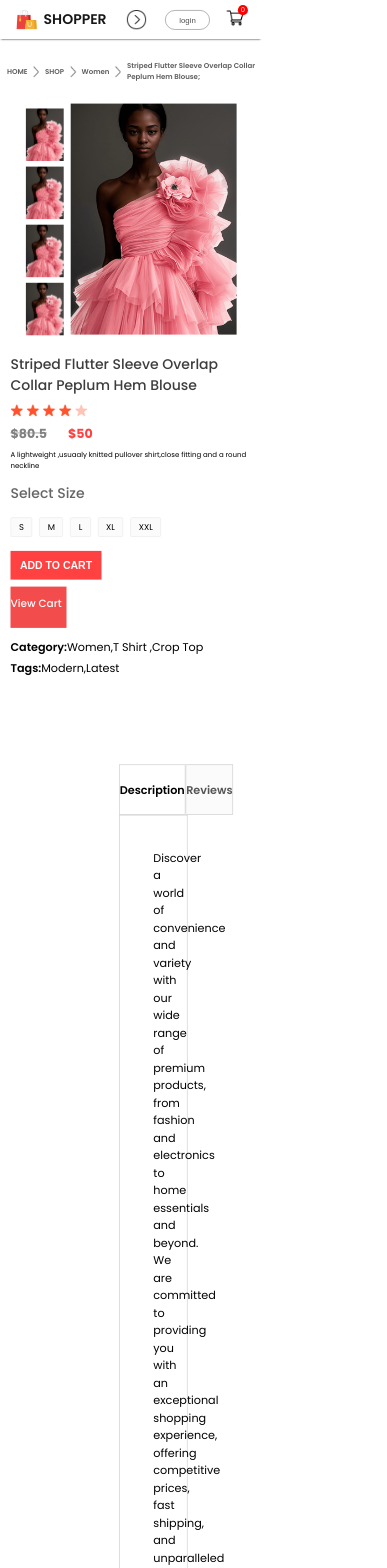
Repository: PayalJakhar/Shoppers-E-commerce-Website
Page: /product/1 (app in frontend/)
The author's editor kept a copy of each file at every save. The page is drawn from the files as they stood at one save, then again after a run of saves.
The browser window is 375 px wide. The page is 553 px wide, so the pictures cover 553 px, including what lies to the right of the window. The pictures show the part of the page from y = 0 to 2240 px (the page is 4474 px tall), at 70% of full size.
The project was rebuilt for these pictures with package versions that can differ from the ones it lists, and the page was loaded fresh each time. Also part of the build but not shown: frontend/src/App.css, frontend/src/Components/Hero/Hero.css, frontend/src/Components/Hero/Hero.jsx, frontend/src/Components/Popular/Popular.css, frontend/src/Components/Popular/Popular.jsx, frontend/src/Components/Offers/Offers.css, frontend/src/Components/Offers/Offers.jsx, frontend/src/Components/NewCollections/NewCollections.css and 12 more.

Above is the page before, as saved 2025-01-17 19:09:26.

### frontend/src/index.css
*{
  margin:0;
}
body {
  margin: 0;
  font-family: -apple-system, BlinkMacSystemFont, 'Segoe UI', 'Roboto', 'Oxygen',
    'Ubuntu', 'Cantarell', 'Fira Sans', 'Droid Sans', 'Helvetica Neue',
    sans-serif;
  -webkit-font-smoothing: antialiased;
  -moz-osx-font-smoothing: grayscale;
  font-family:'poppins';
}

code {
  font-family: source-code-pro, Menlo, Monaco, Consolas, 'Courier New',
    monospace;
}

### frontend/src/Context/ShopContext.jsx
import React, { createContext, useState } from "react";
import all_product from '../Components/Assets/Frontend_Assets/all_product';

export const ShopContext = createContext(null);

const getDefaultCart = () => {
    let cart = {};
    for (let index = 0; index < all_product.length; index++) {
        cart[index] = 0;
    }
    return cart;
}

const ShopContextProvider = (props) => {
    const [cartItems, setCartItems] = useState(getDefaultCart());

    const addToCart = (itemId) => {
        setCartItems((prev) => ({ ...prev, [itemId]: prev[itemId] + 1 }));
        console.log(cartItems);
    }

    const removeFromCart = (itemId) => {
        setCartItems((prev) => ({ ...prev, [itemId]: prev[itemId] - 1 }));
    }

    const getTotalCartAmount = () => {
        let totalAmount = 0;
        for (const item in cartItems) {
            if (cartItems[item] > 0) {
                let itemInfo = all_product.find((product) => product.id === Number(item));
                totalAmount += itemInfo.new_price * cartItems[item];
            }
        }
        return totalAmount;
    }

    const getTotalCartItems = () => {
        let totalItem = 0;
        for (const item in cartItems) {
            if (cartItems[item] > 0) {
                totalItem += cartItems[item];
            }
        }
        return totalItem;
    }

    const contextValue = { getTotalCartItems, getTotalCartAmount, all_product, cartItems, addToCart, removeFromCart };

    return (
        <ShopContext.Provider value={contextValue}>
            {props.children}
        </ShopContext.Provider>
    )
}

export default ShopContextProvider;

### frontend/src/Components/Navbar/Navbar.jsx
import React, { useContext, useState, useRef } from 'react';
import { Link } from 'react-router-dom';
import './Navbar.css';
import logo from '../Assets/Frontend_Assets/logo.png';
import cart_icon from '../Assets/Frontend_Assets/cart_icon.png';
import { ShopContext } from '../../Context/ShopContext';
import nav_dropdown from '../Assets/Frontend_Assets/nav_dropdown.png'

export default function Navbar() {
    const [menu, setMenu] = useState('shop');
    const {getTotalCartItems} = useContext(ShopContext);
    const menuRef = useRef();

    const dropdown_toggle = (e) =>{
        menuRef.current.classList.toggle('nav-menu-visible');
        e.target.classList.toggle('open');
    }


    return (
        <div className="navbar">
            <div className="nav-logo">
                <img src={logo} alt="" />
                <p> SHOPPER</p>
            </div>
            <img  className='nav-dropdown' onClick={dropdown_toggle} src={nav_dropdown} alt=""/>
            <ul ref={menuRef} className="nav-menu">
                <li onClick={() => { setMenu('shop') }}><Link style={{textDecoration:'none'}} to='/'>Shop</Link>{menu === 'shop' ? <hr /> : <></>}</li>
                <li onClick={() => { setMenu('mens') }}><Link style={{textDecoration:'none'}} to='/mens'>Men</Link>{menu === 'mens' ? <hr /> : <></>}</li>
                <li onClick={() => { setMenu('women') }}><Link style={{textDecoration:'none'}} to='/women'>Women</Link>{menu === 'women' ? <hr /> : <></>}</li>
                <li onClick={() => { setMenu('kids') }}><Link style={{textDecoration:'none'}} to='/kids'>Kids</Link>{menu === 'kids' ? <hr /> : <></>}</li>
            </ul>
            <div className="nav-login-cart">
                <Link style={{textDecoration:'none'}} to='/login'><button>login</button></Link>
                <Link style={{textDecoration:'none'}} to='/cart'><img src={cart_icon} alt="" /></Link>
                <div className="nav-cart-count">{getTotalCartItems()}</div>
            </div>
        </div>
    )
}

### frontend/src/Pages/Product.jsx
import React,{useContext} from 'react'
import {ShopContext} from '../Context/ShopContext'
import {useParams} from 'react-router-dom'
import Breadcrum from '../Components/Breadcrums/Breadcrum';
import ProductDisplay from '../Components/ProductDisplay/ProductDisplay';
import DescriptionBox from '../Components/DescriptionBox/DescriptionBox';
import RelatedProducts from '../Components/RelatedProducts/RelatedProducts';

export default function Product() {
  const {all_product} = useContext(ShopContext);
  const {productID} = useParams(); // we have to give the name the same name as the parameter as been given
  // using the productID we will look for the product in the all_product;

  const product = all_product.find((e)=>e.id===Number(productID));// the const product will be equal to an object as all_product is an array of objects
  // as productID should be in number format as e.id is in number format
  return (
    <div>
        <Breadcrum product={product}/>
        <ProductDisplay product={product}/>
        <DescriptionBox/>
        <RelatedProducts/>
    </div>
  )
}

### frontend/src/Components/Footer/Footer.jsx
import React from 'react'
import './Footer.css'
import footer_logo from '../Assets/Frontend_Assets/logo_big.png'
import instagram_icon from '../Assets/Frontend_Assets/instagram_icon.png'
import pintester_icon from '../Assets/Frontend_Assets/pintester_icon.png'
import whatsapp_icon from '../Assets/Frontend_Assets/whatsapp_icon.png'
export default function Footer() {
  return (
    <div className='footer'>
        <div className="footer-logo">
            <img src={footer_logo} alt=""/>
            <p>SHOPPER</p>
        </div>
        <ul className="footer-links">
            <li>Company</li>
            <li>Products</li>
            <li>Offices</li>
            <li>About</li>
            <li>Contact</li>
        </ul>
        <div className="footer-social-icon">
            <div className="footer-icons-container">
                <img src={instagram_icon} alt=""/>
            </div>
            <div className="footer-icons-container">
                <img src={pintester_icon} alt=""/>
            </div>
            <div className="footer-icons-container">
                <img src={whatsapp_icon} alt=""/>
            </div>
        </div>
        <div className="footer-copyright">
            <hr/>
            <p>Copyright @ 2025 - All Rights Reserved</p>
        </div>
    </div>
  )
}

### frontend/src/Components/Item/Item.jsx
import React from 'react'
import { Link } from 'react-router-dom';
import './Item.css'
export default function Item(props) {
  return (
    <div className='item'>
        <Link to={`/product/${props.id}`}><img onClick={window.scrollTo(0,0)} src={props.image} alt="" /></Link>
        {/* on click to img just scroll the window on to top */}
        <p>{props.name}</p>
        <div className="item-prices">
            <div className="item-price-new">
                ${props.new_price}
            </div>
            <div className="item-price-old">
                ${props.old_price}
            </div>
        </div>
    </div>
  )
}

### frontend/src/Components/Breadcrums/Breadcrum.jsx
import React from 'react'
import './Breadcrum.css'
import arrow_icon from '../Assets/Frontend_Assets/breadcrum_arrow.png'

const Breadcrum = (props) => {
    const {product} = props;
    return (
        <div className='breadcrum'>
            HOME <img src={arrow_icon} alt=""/> SHOP <img src={arrow_icon} alt=""/> {product.category} <img src={arrow_icon} alt=""/> {product.name};
        </div>
    )
}

export default Breadcrum

### frontend/src/Components/ProductDisplay/ProductDisplay.jsx
import React, { useContext } from 'react'
import './ProductDisplay.css'
import star_icon from "../Assets/Frontend_Assets/star_icon.png"
import star_dull_icon from "../Assets/Frontend_Assets/star_dull_icon.png"
import { ShopContext } from '../../Context/ShopContext'
import {Link} from 'react-router-dom'
const ProductDisplay = (props) => {
    const {product}=props;
    const {addToCart}=useContext(ShopContext);
  return (
    <div className='productdisplay'>
        <div className="productdisplay-left">
             <div className="productdisplay-img-list">
                <img src={product.image} alt="" />
                <img src={product.image} alt="" />
                <img src={product.image} alt="" />
                <img src={product.image} alt="" />
             </div>

            <div className="productdisplay-img">
                <img className='productdisplay-main-img' src={product.image} alt="" />
            </div>
        </div>
        <div className="productdisplay-right">
            <h1>{product.name}</h1>
            <div className="productdisplay-right-star">
                <img src={star_icon} alt="" />
                <img src={star_icon} alt="" />
                <img src={star_icon} alt="" />
                <img src={star_icon} alt="" />
                <img src={star_dull_icon} alt="" />
            </div>
            <div className="productdisplay-right-prices">
                <div className="productdisplay-right-price-old">${product.old_price}</div>
                <div className="productdisplay-right-price-new">${product.new_price}</div>

            </div>
            <div className="productdisplay-right-description">
                A lightweight ,usuaaly knitted pullover shirt,close fitting and a round neckline
            </div>
            <div className="productdisplay-right-size">
                <h1>Select Size</h1>
                <div className="productdisplay-right-sizes">
                    <div>S</div>
                    <div>M</div>
                    <div>L</div>
                    <div>XL</div>
                    <div>XXL</div>
                </div>
            </div>
            <button onClick={()=>{addToCart(product.id)}}> ADD TO CART</button>
            <Link to="/Cart" className="view-cart-link">View Cart</Link>
            <p className="productdisplay-right-category"><span>Category:</span>Women,T Shirt ,Crop Top</p>
            <p className="productdisplay-right-category"><span>Tags:</span>Modern,Latest</p>
        </div>

    </div>
  )
}

export default ProductDisplay

### frontend/src/Components/DescriptionBox/DescriptionBox.jsx
import React from 'react'
import './DescriptionBox.css'

const DescriptionBox = () => {
  return (
    <div className='descriptionbox'>
      <div className="descriptionbox-navigator">
        <div className="descriptionbox-nav-box">Description</div>
        <div className="descriptionbox-nav-box fade">Reviews</div>
      </div>
      <div className="descriptionbox-description">
        <p>
        Discover a world of convenience and variety with our wide range of premium products, from fashion and electronics to home essentials and beyond. We are committed to providing you with an exceptional shopping experience, offering competitive prices, fast shipping, and unparalleled customer support. Whether you're looking for the latest trends or timeless classics, Shopper is here to help you find exactly what you need.
        </p>
        <p>
         Shop with confidence and enjoy the ease of shopping from the comfort of your home!
        </p>
      </div>
    </div>
  )
}

export default DescriptionBox

### frontend/src/Components/RelatedProducts/RelatedProducts.jsx
import React from 'react'
import './RelatedProducts.css'
import data_product from '../Assets/Frontend_Assets/data'
import Item from '../Item/Item'
const RelatedProducts = () => {
  return (
    <div className='relatedproducts'>
        <h1>Related Products</h1>
        <hr/>
        <div className="relatedproducts-item">
            {data_product.map((item,i)=>{
                return <Item key={i} id={item.id} name={item.name} image={item.image} new_price={item.new_price} old_price={item.old_price}/>
            })}
        </div>
    </div>
  )
}

export default RelatedProducts

### frontend/src/Components/Footer/Footer.css
.footer{
    display: flex;
    flex-direction: column;
    justify-content: center;
    align-items: center;
    gap: 50px;
}

.footer-logo{
    display: flex;
    align-items: center;
    gap: 20px;
}

.footer-logo p{
    color: #383838;
    font-size: 46px;
    font-weight: 700;

}

.footer-links{
    display: flex;
    list-style: none;
    gap: 50px;
    color: #252525;
    font-size: 20px;
}

.footer-links li{
    cursor: pointer;
}

.footer-social-icon{
    display: flex;
    gap: 20px;
}

.footer-icons-container{
    padding: 10px;
    padding-bottom:6px;
    background: #fbfbfb;
    border: 1px solid #ebebeb;
}

.footer-copyright{
    display: flex;
    flex-direction: column;
    align-items: center;
    gap: 30px;
    width: 100%;
    margin-bottom: 30px;
    color: #1a1a1a;
    font-size: 20px;
}

.footer-copyright r{
    width: 80%;
    border: none;
    border-radius: 10px;
    height: 3px;
    background: #c7c7c7;
}

@media(max-width: 800px){
    .footer{
        gap: 20px;
    }
    .footer-lgo{
        gap: 10px;
        align-items: end;
    }
    .footer-logo img{
        width: 40px;
    }
    .footer-logo p{
        font-size: 25px;
    }
    .footer-links{
        font-size: 14px;
        gap: 10px;
    }
    .footer-social-icon img{
        width: 22px;
    }
    .footer-copyright{
        font-size: 13px;
    }
}

### frontend/src/Components/Item/Item.css
.item{
    width:280px;
}
.item img{
    width: 280px;
}
.item p{
    margin: 6px 0px;
}

.item-prices{
    display:flex;
    gap:20px;
}
.item-price-new{
    color: #374151;
    font-size: 18px;
    font-weight: 600;
}
.item-price-old{
    color: #8c8c8c;
    font-size: 18px;
    font-weight: 500;
    text-decoration: line-through;
}

.item:hover{
    transform: scale(1.05);
    transition: 0.6s;
}

@media(max-width: 1280px){
    .item{
        width: 220px;
        font-size: 14px;
    }
    .item img{
        width: 220px;
    }

    .item-price-old{
        font-size: 14px;
    }
}

@media(max-width: 1024px){
    .item{
        width: 170px;
        font-size: 13px;
    }
    .item img{
        width: 170px;
    }

    .item-price-old{
        font-size: 13px;
    }
}


@media(max-width: 800px){
    .item{
        width: 120px;
        font-size: 12px;
    }
    .item img{
        width: 120px;
    }

    .item-price-old{
        font-size: 12px;
    }
}


@media(max-width: 1280px){
    .item{
        width: 160px;
    }
    .item img{
        width: 160px;
    }

}

### frontend/src/Components/Breadcrums/Breadcrum.css
.breadcrum{
    display: flex;
    align-items: center;
    gap: 8px;
    color: #5e5e5e;
    font-size: 16px;
    font-weight: 600;
    margin: 60px 170px;
    text-transform: capitalize;
}

@media(max-width: 1280px){
    .breadcrum{
        margin: 30px 50px;
        font-size: 14px;
    }
}

@media(max-width: 1024px){
    .breadcrum{
        margin: 30px 30px;
        font-size: 13px;
    }
}


@media(max-width: 800px){
    .breadcrum{
        margin: 30px 10px;
        font-size: 12px;
    }
}


@media(max-width: 500px){
    .breadcrum{
        /* margin: 30px 50px; */
        font-size: 10px;
    }
}

### frontend/src/Components/ProductDisplay/ProductDisplay.css
.productdisplay{
    display: flex;
    margin: 0px 170px;
}
.productdisplay-left{
    display: flex;
    gap:17px;
}
.productdisplay-img-list{
    display: flex;
    flex-direction: column;
    gap:16px;
}
.productdisplay-img-list img{
    height: 163px;
}
.productdisplay-main-img{
    width:586px;
    height:700px;
}
.productdisplay-right{
    margin: 0px 70px;
    display: flex;
    flex-direction: column;
}
.productdisplay-right h1{
    color: #3d3d3d;
    font-size: 40px;
    font-weight: 700;
}
.productdisplay-right-star{
    display: flex;
    align-items: center;
    margin-top: 13px;
    gap:5px ;
    color: #1c1c1c;
    font-size: 16px;

}
.productdisplay-right-prices{
    display: flex;
    margin:40px 0px;
    gap:30px;
    font-size: 24px;
    font-weight: 700;
}
.productdisplay-right-price-old{
    color: #818181;
    text-decoration: line-through;
}
.productdisplay-right-price-new{
    color: #ff4141;
}
.productdisplay-right-size h1{
    margin-top: 55px;
    color: #656565;
    font-size:20px;
    font-weight: 600;
}
.productdisplay-right-sizes{
    display: flex;
    margin:30px 0px;
    gap:20px;
}
.productdisplay-right-sizes div{
    padding: 18px 24px;
    background: #fbfbfb;
    border: 1px solid #ebebeb;
    border-radius: 2px;
    cursor: pointer;

}
.productdisplay-right button{
    padding: 20px 40px;
    width:200px;
    font-size: 16px;
    font-weight: 600;
    color: white;
    background: #ff4141;
    margin-bottom: 40px;
    border: none;
    outline: none;
    cursor: pointer;
}
.productdisplay-right-category{
    margin-top:10px;
}
.productdisplay-right-category span{
    font-weight:600 ;
}

.view-cart-link{
    display: block;
    text-decoration: none;
    /* border: 1px solid black; */
    width: 137px;
    justify-content: center;
    padding-left: 60px;
    color: rgb(255, 255, 255);
    background-color:#f34c4c;
    outline: none;
    height: 35px;
    align-items: center;
    padding-top: 13px;
    padding-bottom: 8px;
    font-size: 18px;
    font-weight: 500;
    margin-bottom: 30px;
}

@media(max-width: 1280px){
    .productdisplay{
        margin: 0px 60px;
    }
    .productdisplay-left{
        gap: 10px;
    }

    .productdisplay-img-list{
        gap: 10px;
    }
    .productdisplay-img-list img{
        height: 120px;
    }

    .productdisplay-main-img{
        width: auto;
        height: 510px;
    }
    .productdisplay-right{
        margin: 0px 30px;
    }

    .productdisplay-right h1{
        font-size: 22px;
    }

    .productdisplay-right-stars{
        gap: 3px;
        font-size: 13px;
    }

    .productdisplay-right-prices{

        margin: 10px 0px;
        font-size: 18px;
    }

    .productdisplay-right-description{
        font-size: 13px;
    }

    .productdisplay-right-size h1{
        margin-top: 20px;
        font-size: 20px;
    }

    .productdisplay-right-sizes div{
        padding: 14px 20px;
    }

    .productdisplay-right button{
        width: 150px;
        padding: 15px 0px;
        margin-bottom: 20px;
    }
    .view-cart-link{
        width: 120px;
        padding: 8px 0px;
        margin-bottom: 20px;
        padding-left: 30px;
    }
    .productdisplay-right-category{
        margin-top: 5px;
        font-size: 14px;
    }
}


@media(max-width: 1024px){
    .productdisplay{
        margin: 0px 30px;
    }
    .productdisplay-left{
        gap: 5px;
    }

    /* .productdisplay-img-list{
        gap: 10px;
    } */
    .productdisplay-img-list img{
        height: 80px;
    }

    .productdisplay-main-img{
        /* width: auto; */
        height: 350px;
    }
    /* .productdisplay-right{
        margin: 0px 30px;
    } */

    .productdisplay-right h1{
        font-size: 18px;
    }

    .productdisplay-right-stars img{
        /* gap: 3px; */
        /* font-size: 13px; */
        width: 15px;
    }

    /* .productdisplay-right-prices{

        margin: 10px 0px;
        font-size: 18px;
    } */

    .productdisplay-right-description{
        font-size: 12px;
    }

    .productdisplay-right-sizes{
        margin-top: 10px 0px;
        /* font-size: 20px; */
    }

    .productdisplay-right-sizes div{
        padding: 10px 16px;
        font-size: 12px;
    }

    .productdisplay-right button{
        width: 120px;
        padding: 10px 0px;
        margin-bottom: 10px;
        font-size: 14px;
    }

    .view-cart-link{
        width: 100px;
        padding: 4px 0px;
        margin-bottom: 10px;
        font-size: 17px;
        padding-left: 20px;
        padding-top:7px;
    }

    .productdisplay-right-category{
        /* margin-top: 5px; */
        font-size: 12px;
    }
}




@media(max-width: 800px){
    .productdisplay{
        margin: 0px 10px;
    }
    .productdisplay-left{
        gap: 0px;
        flex-direction: column-reverse;
        align-items: center;
    }

    .productdisplay-img-list{
        flex-direction: row;
        gap: 6px;
    }
    .productdisplay-img-list img{
        height: 70px;
    }

    .productdisplay-main-img{
        /* width: auto; */
        height: 300px;
    }
    /* .productdisplay-right{
        margin: 0px 30px;
    } */

    .productdisplay-right h1{
        font-size: 14px;
    }

    .productdisplay-right-stars img{
        /* gap: 3px; */
        /* font-size: 13px; */
        width: 13px;
    }

    /* .productdisplay-right-prices{

        margin: 10px 0px;
        font-size: 18px;
    } */

    .productdisplay-right-description{
        font-size: 10px;
    }
    .productdisplay-right-size h1{
        margin-top: 10px 0px;
        /* font-size: 20px; */
    }
    .productdisplay-right-sizes{
        margin-top: 10px ;
        gap: 5px;
        /* font-size: 20px; */
    }

    .productdisplay-right-sizes div{
        padding: 4px 11px;
        /* font-size: 12px; */
    }

    .productdisplay-right button{
        width: 100px;
        /* padding: 10px 0px; */
        /* margin-bottom: 10px; */
        font-size: 12px;
    }

    .view-cart-link{
        width: 88px;
        padding: 0px 0px;
        /* margin-bottom: 10px; */
        font-size: 14px;
        padding-left: 15px;
        padding-top: 6px;
    }

    .productdisplay-right-category{
        /* margin-top: 5px; */
        font-size: 10px;
    }
}


@media(max-width:500px){

    .productdisplay{
        flex-direction: column;
    }

    .productdisplay-left{
        gap: 10px;
        flex-direction: row;
        margin: auto;
    }

    .productdisplay-img-list{
        flex-direction: column;
        gap: 8px;
    }

    .productdisplay-img-list img{
        height: 75px;
    }

    .productdisplay-main-img{
        height: 330px;
    }

    .productdisplay-right{ margin: 5px;
    }

    .productdisplay-right h1{
        margin-top: 15px;
        font-size: 20px;
        font-weight: 500;
    }

    .productdisplay-right-stars img{ width: 15px;
    }

    .productdisplay-right-sizes{ gap: 10px;
        margin: 20px 0px;
    }

    I .productdisplay-right-sizes div{
        padding: 10px 16px;
        font-size: 14px;
    }

    .productdisplay-right button{
        width: 130px;
        font-size: 15px;
        padding: 12px 0px;
    }

        .productdisplay-right-category{
            font-size: 16px;
        }

        .view-cart-link{
            width: 80px;
            font-size: 15px;
            padding: 12px 0px;
        }
}

### frontend/src/Components/DescriptionBox/DescriptionBox.css
.descriptionbox{
    margin: 120px 170px;
}
.descriptionbox-navigator{
    display: flex;
}

.descriptionbox-nav-box{
    display:flex;
    align-items: center;
    justify-content: center;
    font-size: 16px;
    font-weight: 600;
    width: 171px;
    height: 70px;
    border: 1px solid #d0d0d0;
}

.descriptionbox-nav-box.fade{
    background: #FBFBFB;
    color: #555;
}

.descriptionbox-description{
    display: flex;
    flex-direction: column;
    gap: 25px;
    border: 1px solid #D0D0D0;
    padding: 48px;
    padding-bottom: 70px;
}

### frontend/src/Components/RelatedProducts/RelatedProducts.css
.relatedproducts{
    display: flex;
    flex-direction: column;
    align-items: center;
    gap: 10px;
    height: 90vh;
    margin-bottom: 100px;
}

.relatedproducts{
    color: #171717;
    font-size: 20px;
    font-weight: 600;
}

.relatedproducts hr{
    width: 200px;
    height: 6px;
    border-radius:10px;
    background: #252525;
}

.relatedproducts-item{
    margin-top: 50px;
    display: flex;
    gap: 30px;
}

Loaded but not shown: frontend/public/index.html (common file); frontend/src/reportWebVitals.js (common file); frontend/src/Components/Assets/Frontend_Assets/all_product.js (329 lines, source omitted); frontend/src/App.js (33 lines, source omitted); frontend/src/Components/Assets/Frontend_Assets/data.js (34 lines, source omitted); frontend/src/index.js (20 lines, source omitted); frontend/src/Components/Navbar/Navbar.css (194 lines, source omitted)

After the next 2 saves:
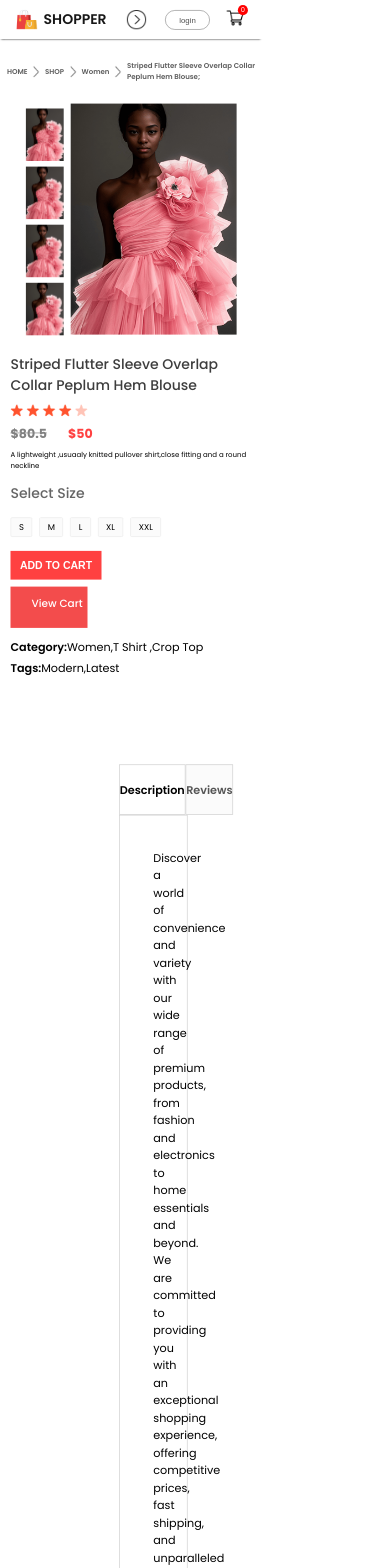
The 2 saves are shown as one change because they came seconds apart.
The last was saved 11 s later.
--- a/frontend/src/Components/ProductDisplay/ProductDisplay.css
+++ b/frontend/src/Components/ProductDisplay/ProductDisplay.css
@@ -398,5 +398,6 @@
             width: 80px;
             font-size: 15px;
             padding: 12px 0px;
+            padding-left: 30px;
         }
 }
